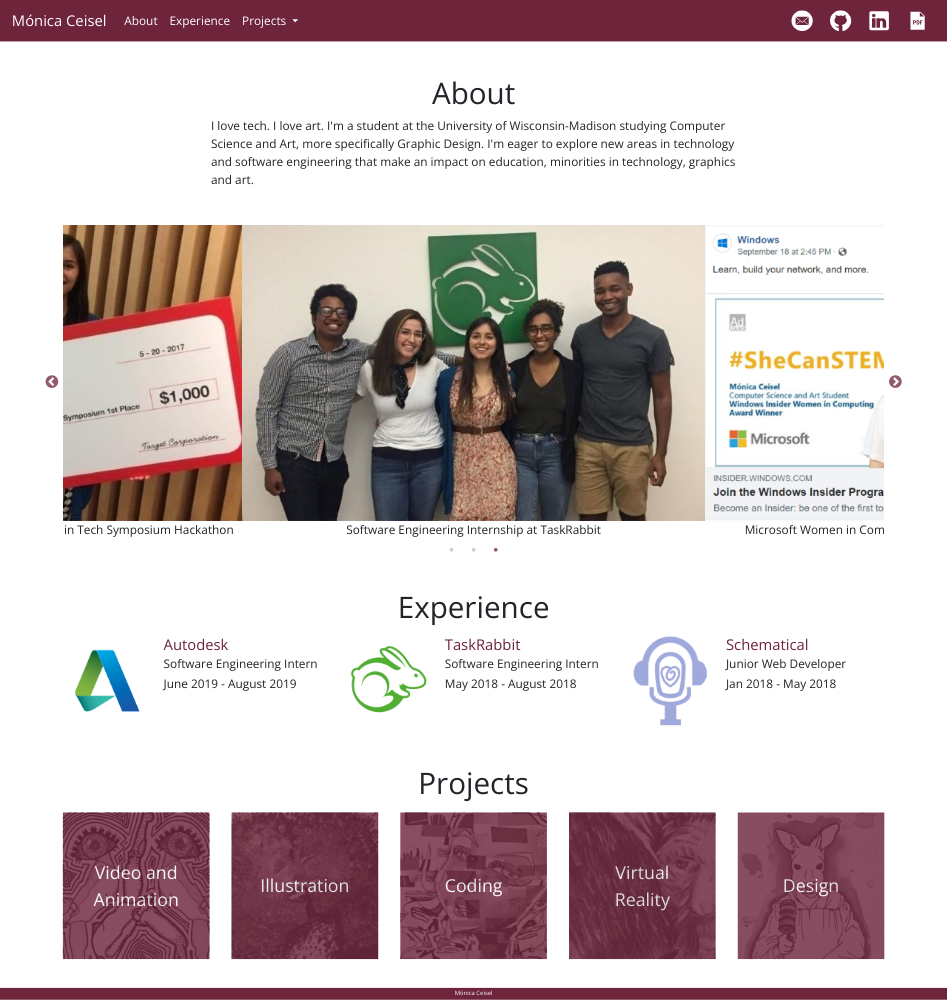
Repository: ceiselm/ceiselm.github.io
Page: index.html
The author's editor kept a copy of each file at every save. The page is drawn from the files as they stood at one save, then again after the next save.
The browser window is 1280 px wide. The pictures show the whole page, at 74% of full size.

Above is the page before, as saved 2019-07-12 06:53:57.

### index.html
<!DOCTYPE html>
<html lang="en">

<head>
  <meta charset="utf-8">
  <meta http-equiv="X-UA-Compatible" content="IE=edge">
  <meta name="viewport" content="width=device-width, initial-scale=1">
  <title>M&oacute;nica Ceisel</title>
  <!-- Bootstrap -->
  <link href="css/bootstrap-4.2.1.css" rel="stylesheet">
  <!-- slick -->
  <link rel="stylesheet" type="text/css" href="slick/slick.css" />
  <!-- Add the new slick-theme.css if you want the default styling -->
  <link rel="stylesheet" type="text/css" href="slick/slick-theme.css" />
  <!-- font -->
  <link href="https://fonts.googleapis.com/css?family=Open+Sans&display=swap" rel="stylesheet">
  <!-- overwrites -->
  <link href="css/home.css" rel="stylesheet">
</head>

<body>
  <nav class="navbar navbar-expand-lg navbar-dark bg-dark">
    <a class="navbar-brand" href="./index.html">M&oacute;nica Ceisel</a>
    <button class="navbar-toggler" type="button" data-toggle="collapse" data-target="#navbarSupportedContent"
      aria-controls="navbarSupportedContent" aria-expanded="false" aria-label="Toggle navigation">
      <span class="navbar-toggler-icon"></span>
    </button>
    <div class="collapse navbar-collapse" id="navbarSupportedContent">
      <ul class="navbar-nav mr-auto">
        <li class="nav-item">
          <a class="nav-link" href="#startAbout">About</a>
        </li>
        <li class="nav-item">
          <a class="nav-link" href="#startExperience">Experience</a>
        </li>
        <li class="nav-item dropdown">
          <a class="nav-link dropdown-toggle" href="#" id="navbarDropdown" role="button" data-toggle="dropdown"
            aria-haspopup="true" aria-expanded="false">
            Projects
          </a>
          <div class="dropdown-menu" aria-labelledby="navbarDropdown">
            <a class="dropdown-item" href="./subpages/coding.html">Coding</a>
            <div class="dropdown-divider"></div>
            <a class="dropdown-item" href="./subpages/illustration.html">Illustration</a>
            <a class="dropdown-item" href="./subpages/design.html">Design</a>
            <a class="dropdown-item" href="./subpages/virtualreality.html">Virtual Reality</a>
            <a class="dropdown-item" href="./subpages/videoandanimation.html">Video and Animation</a>
          </div>
        </li>
      </ul>
    </div>
    <!--		HAVE ICONS APPEAR ON BOTTOM FOR RESPONSIVE!-->
    <div class="navabar navbar-collapse">
      <ul class="navbar-nav ml-auto">
        <li class="nav-item">
          <a target="_blank" href="mailto:ceiselm@gmail.com"><img class="contact-icon" src="images/social/mail.svg"
              title="ceiselm@gmail.com" alt="mail"></a>
          <a target="_blank" href="https://github.com/ceiselm"><img class="contact-icon" src="images/social/github.svg"
              title="ceiselm" alt="github"></a>
          <a target="_blank" href="https://www.linkedin.com/in/monicaceisel/"><img class="contact-icon" src="images/social/linkedin.svg"
              title="monicaceisel" alt="linkedin"></a>
          <!-- <a target="_blank" href="https://twitter.com/Momonimations"><img class="contact-icon" src="images/social/twitter.svg" title="Momonimations" alt="twitter"></a> -->
          <a target="_blank" href="https://drive.google.com/file/d/1QmD4gdm7__M2SBpGTWKV59mZdb-YG6Mg/view?usp=sharing"><img
              class="contact-icon" src="images/social/pdf.svg" title="Resume" alt="resume"></a>
        </li>
      </ul>
    </div>
  </nav>
  <!-- <hr> -->
  <div class="portion">
    <section>
      <div class="text-center mt-2">
        <div class="container">
          <div class="row">
            <div class="col-12">
              <h1 id="startAbout">About</h1>
              <div class="container">
                <div class="row justify-content-center">
                  <div class="col col-md-8">
                    <p align="left">I love tech. I love art. I'm a student at the University of Wisconsin-Madison
                      studying Computer Science and Art,
                      more specifically Graphic Design. I'm eager to explore new areas in technology and software
                      engineering that
                      make an impact on education, minorities in technology, graphics and art.
                    </p>
                  </div>
                </div>
              </div>
              <!--				https://insider.windows.com/en-us/community-news/how-this-coder-artist-grew-superpowers-to-create/-->
              <!--				https://insider.windows.com/en-us/community-news/extraordinary-women-in-computing/-->

              <!-- <div class="wrapper"> -->
              <div class="portion">
                <div class="slides">
                  <div><img class="slide-item" src="images/carousel/Microsoft.png" alt="First slide">Microsoft Women in
                    Computing Award Winner</div>
                  <div><img class="slide-item" src="images/carousel/Target.jpg" alt="Second slide">1st Place for the
                    Target Women in Tech Symposium Hackathon</div>
                  <div><img class="slide-item" src="images/carousel/TaskRabbit.jpg" alt="Third slide">Software
                    Engineering Internship at TaskRabbit</div>
                </div>
              </div>
            </div>
          </div>
        </div>
      </div>
    </section>
  </div>
  <!-- <hr> -->
  <div class="portion">
    <section>
      <div class="container">
        <div class="row">
          <div class="col-12 text-center">
            <h1 id="startExperience">Experience</h1>
            <!-- <p>Lorem ipsum dolor sit amet, consectetur adipisicing elit. Quibusdam, magni, doloribus, possimus eum sapiente deleniti doloremque fugit ut expedita molestiae iusto debitis eveniet modi obcaecati ipsam quos quis labore dicta.</p> -->
          </div>
        </div>
      </div>
    </section>
    <section>
      <div class="container mt-2">
        <div class="row">
          <div class="col-md-4 col-12">
            <ul class="list-unstyled">
              <li class="media">
                <img class="mr-3" src="images/companies/120px-Autodesk_logo.svg.png" alt="Generic placeholder image">
                <div class="media-body">
                  <h5 class="mt-0 mb-1"><a href="https://www.autodesk.com/">Autodesk</a></h5>
                  <h6>Software Engineering Intern</h6>
                  <h6>June 2019 - August 2019</h6>
                </div>
              </li>
            </ul>
          </div>
          <div class="col-md-4 col-12">
            <ul class="list-unstyled">
              <li class="media">
                <img class="mr-3" src="images/companies/taskrabbit_logo.png" alt="Generic placeholder image">
                <div class="media-body">
                  <h5 class="mt-0 mb-1"><a href="https://www.taskrabbit.com/">TaskRabbit</a></h5>
                  <h6>Software Engineering Intern</h6>
                  <h6>May 2018 - August 2018</h6>
                </div>
              </li>
            </ul>
          </div>
          <div class="col-md-4 col-12">
            <ul class="list-unstyled">
              <li class="media">
                <img class="mr-3" src="images/companies/castdex_logo.png" alt="Generic placeholder image">
                <div class="media-body">
                  <h5 class="mt-0 mb-1"><a href="http://www.castdex.com/">Schematical</a></h5>
                  <h6>Junior Web Developer</h6>
                  <h6>Jan 2018 - May 2018</h6>
                </div>
              </li>
            </ul>
          </div>
        </div>
      </div>
    </section>
  </div>
  <!-- <hr> -->
  <div class="portion">
    <section>
      <div class="container">
        <div class="row">
          <div class="col-12 text-center">
            <h1>Projects</h1>
            <!-- <p>Lorem ipsum dolor sit amet, consectetur adipisicing elit. Officia, et, placeat !</p> -->
          </div>
        </div>
        <div class="row mt-2">

          <div class="col-md mt-md-0 mt-1">
            <a href="#">
              <img class="image img-fluid float-right" src="images/buttons/Button03.png" alt="">
              <div class="overlay">
                <div class="text">Video and Animation</div>
              </div>
            </a>
          </div>

          <div class="col-md mt-md-0 mt-1">
            <a href="#">
              <img class="image img-fluid float-left" src="images/buttons/Button01.png" alt="">
              <div class="overlay">
                <div class="text">Illustration</div>
              </div>
            </a>
          </div>

          <div class="col-md mt-md-0 mt-1">
            <a href="#">
              <img class="image img-fluid float-left" src="images/buttons/Button05.png" alt="" href="#">
              <div class="overlay">
                <div class="text">Coding</div>
              </div>
            </a>
          </div>
          <div class="col-md mt-md-0 mt-1">
            <a href="#">
              <img class="image img-fluid float-right" src="images/buttons/Button04.png" alt="" href="#">
              <div class="overlay">
                <div class="text">Virtual Reality</div>
              </div>
            </a>
          </div>
          <div class="col-md mt-md-0 mt-1">
            <a href="#">
              <img class="image img-fluid float-left" src="images/buttons/Button02.png" alt="" href="#">
              <div class="overlay">
                <div class="text">Design</div>
              </div>
            </a>
          </div>
        </div>
      </div>
    </section>
  </div>

  <div class="portion">
        <div class="footer">
          <div class="footer-text">
              M&oacute;nica Ceisel
          </div>
        </div>
    <!-- <div class="footer"></div> -->
  </div>
  <!-- jQuery (necessary for Bootstrap's JavaScript plugins) -->
  <script src="js/jquery-3.3.1.min.js"></script>
  <!-- Include all compiled plugins (below), or include individual files as needed -->
  <script src="js/popper.min.js"></script>
  <script src="js/bootstrap-4.2.1.js"></script>
  <script src="js/index.js"></script>
  <!-- slick -->
  <script type="text/javascript" src="slick/slick.min.js"></script>
</body>

</html>

### css/home.css
@charset "utf-8";
/* CSS Document */

body {
  font-family: 'Open Sans', sans-serif;
}

.footer {
  left: 0;
  bottom: 0;
  width: 100%;
  background-color: #6E243B;
  color: white;
  text-align: center;
  height: 1rem;
}

.footer-text {
  font-size: .5rem;
}

.contact-icon {
    height: 1.8em;
    width: 3em;

}

.contact-icon:hover {
    position: relative;
	opacity: .8;
}

.bg-dark {
  background-color: #6E243B !important;
}

.navbar-dark .navbar-nav .nav-link {
    color: rgba(255, 255, 255, 255);
}

h5 {
	color: #6E243B;
}

h5:hover, h5:link, h5:focus {
	color: #EDA200;
}

a {
	text-decoration: none !important;
	color: inherit;
}

a:hover, a:link, a:focus {
	color: inherit;
}

.image {
  position:relative;
  display: block;
  width: 100%;
  height: auto;
  opacity: 0.9;
  transition: 1s ease;
  -webkit-filter: grayscale(100%); /* Safari 6.0 - 9.0 */
  filter: grayscale(100%);
}

.overlay {
  position: relative;
  top: 0;
  bottom: 0;
  left: 0;
  right: 0;
  height: 100%;
  width: 100%;
  opacity: 0.8;
  background-color: #6E243B;
}

.col-md:hover .image {
  opacity: 1;
  -webkit-filter: grayscale(0%); /* Safari 6.0 - 9.0 */
  filter: grayscale(0%);
}

.col-md:hover .overlay {
  opacity: 0;
}


.text {
  color: white;
  font-size: 18pt;
  position: absolute;
  top: 50%;
  left: 50%;
  opacity: 1 !important;
  -webkit-transform: translate(-50%, -50%);
  -ms-transform: translate(-50%, -50%);
  transform: translate(-50%, -50%);
  text-align: center;
}


.slide-item {
  width: 100%;
}


.slick-prev:before {
  color: #6E243B;
}

.slick-next:before {
  color: #6E243B;
}

.slick-dots li.slick-active button::before {
  color: #6E243B;
}

.slick-dots li button::before {
  color: #6E243B;
}

.portion {
  padding-top: 3%;
}

### js/index.js
$(document).ready(function(){
  $('.slides').slick({
    centerMode: true,
    centerPadding: '60px',
    slidesToShow: 1,
    slidesToScroll: 1,
    adaptiveHeight: true,
    dots: true,
    arrows: true,
    variableWidth: true,
    autoplay: true,
    autoplaySpeed: 2000,
    responsive: [
      {
        breakpoint: 768,
        settings: {
          arrows: false,
          centerMode: true,
          centerPadding: '40px',
          slidesToShow: 1
        }
      },
      {
        breakpoint: 480,
        settings: {
          arrows: false,
          centerMode: true,
          centerPadding: '40px',
          slidesToShow: 1
        }
      }
    ]

  });
});

Loaded but not shown: css/bootstrap-4.2.1.css (library); slick/slick.css (common file); slick/slick-theme.css (library); js/jquery-3.3.1.min.js (library); js/popper.min.js (library); js/bootstrap-4.2.1.js (library); slick/slick.min.js (library)

After the next save:
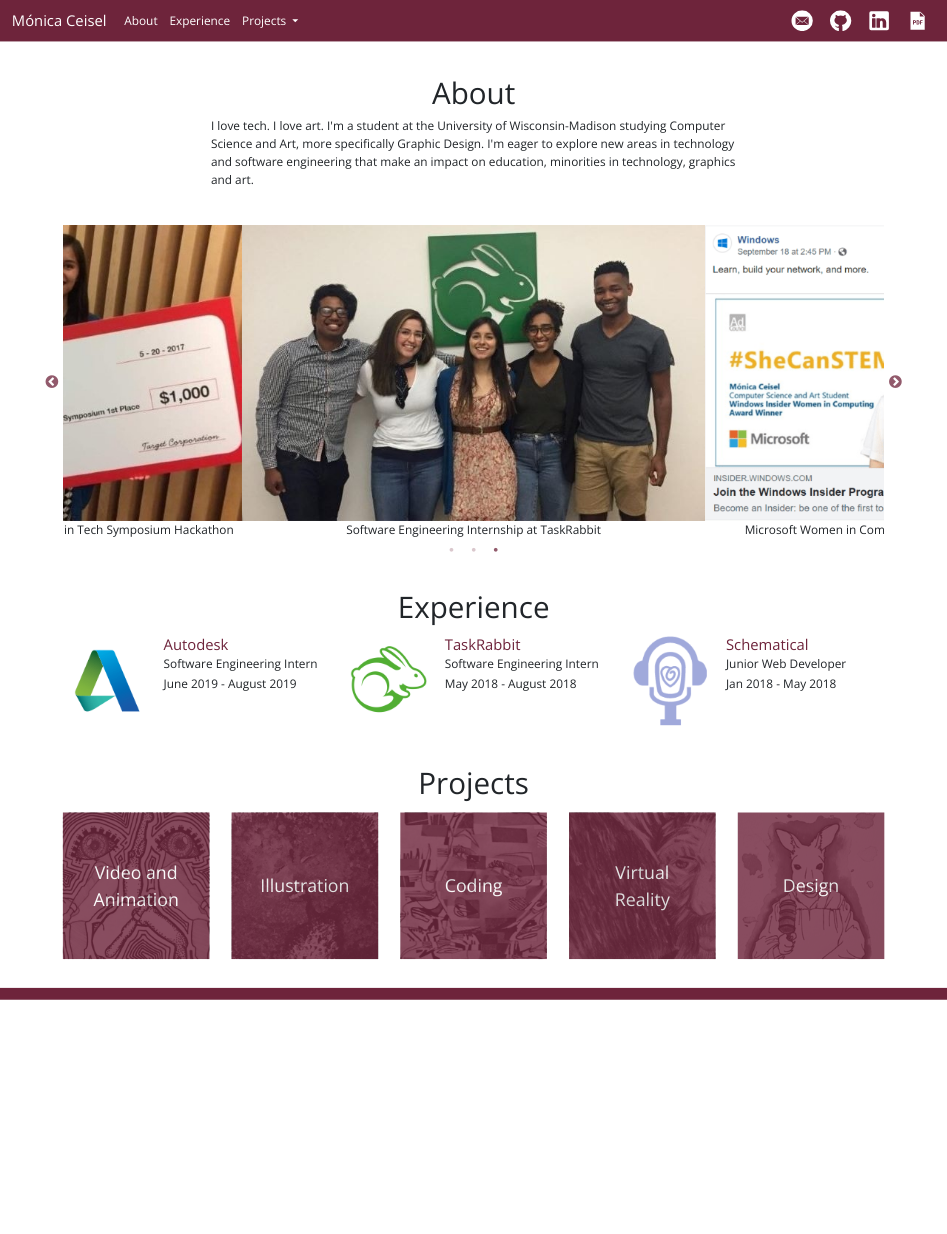
Saved 18 s later.
--- a/css/home.css
+++ b/css/home.css
@@ -16,6 +16,7 @@
 }
 
 .footer-text {
+  padding-top: 25%;
   font-size: .5rem;
 }
 
